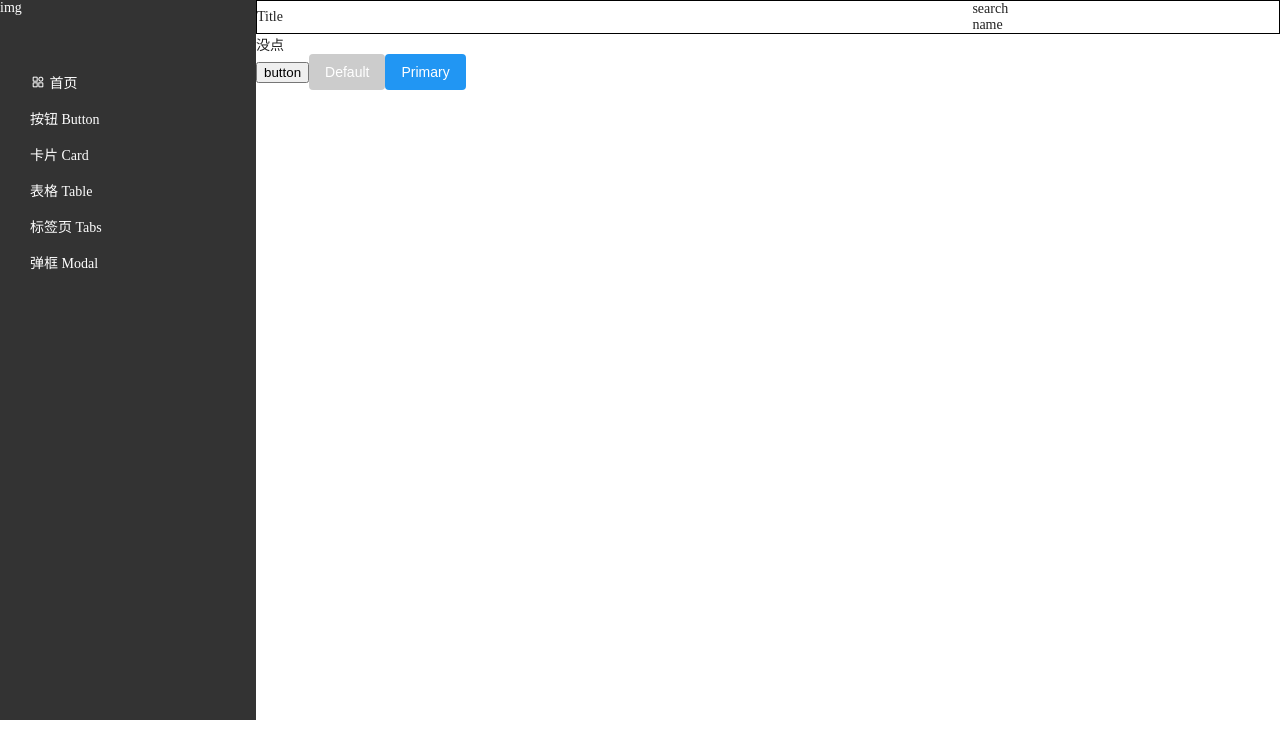
Repository: wyhsunflower/koalaUI
Page: /
An editor plug-in stored every save of this project. The page is shown before and after the next save, followed by the edit.
The browser window is 1280 px wide. The pictures show the whole page.
The project was rebuilt for these pictures with package versions that can differ from the ones it lists, and the page was loaded fresh each time. Also part of the build but not shown: webpack.config.js, src/components/Modal/Modal.vue. Imported but missing from the stored project, and not drawn on this page: src/views/go/go2.vue.

Above is the page before, as saved 2020-03-12 21:54:03.

After the next save:
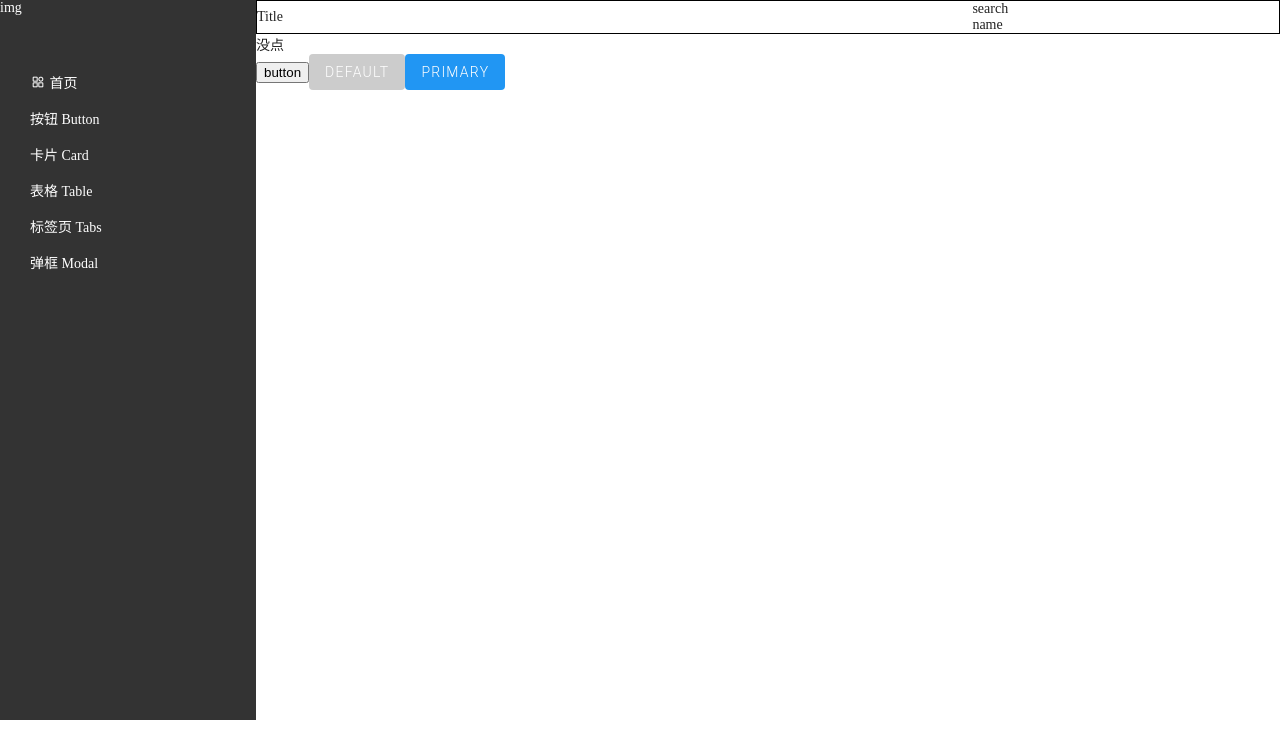
Saved 106 s later.
--- a/src/styles/global.scss
+++ b/src/styles/global.scss
@@ -19,3 +19,32 @@ body {
     height: 100%;
     width: 100%;
 }
+.koala-button{
+    font-family: Roboto, sans-serif;
+    -moz-osx-font-smoothing: grayscale;
+    -webkit-font-smoothing: antialiased;
+    font-size: .875rem;
+    line-height: 2.25rem;
+    font-weight: 500;
+    letter-spacing: .0892857143em;
+    text-decoration: none;
+    text-transform: uppercase;
+    padding: 0 8px 0 8px;
+    display: inline-flex;
+    position: relative;
+    align-items: center;
+    justify-content: center;
+    box-sizing: border-box;
+    min-width: 64px;
+    border: none;
+    outline: none;
+    line-height: inherit;
+    -webkit-user-select: none;
+    -moz-user-select: none;
+    -ms-user-select: none;
+    user-select: none;
+    -webkit-appearance: none;
+    overflow: visible;
+    vertical-align: middle;
+    border-radius: 4px;
+}
